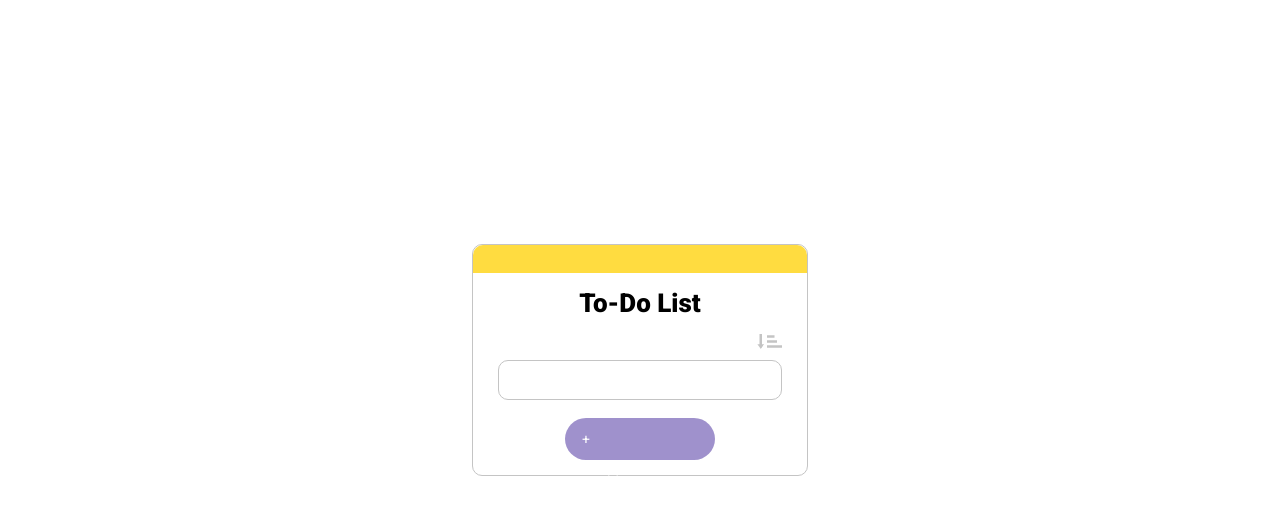
Repository: PoladEziz/Task-15
Page: index.html
These files come from the project's save history. The page is drawn as it stood at one moment and after a run of saves; the edit follows.
The browser window is 1280 px wide. The pictures show the whole page.
The style sheet was rebuilt from its Sass, Less or Tailwind sources for each picture, by a compiler version that may differ from the author's.

Above is the page before, as saved 2023-08-10 15:42:30.

### index.html
<!DOCTYPE html>
<html lang="en">
<head>
    <meta charset="UTF-8">
    <meta name="viewport" content="width=device-width, initial-scale=1.0">
    <title>Document</title>
    <link rel="stylesheet" href="./index.css">
</head>
<body>
    <div class="main">
        <div class="box">
            <div class="box-top"></div>
            <div class="box-bottom">
                <h1>To-Do List</h1>
                <form action="">
                    <img src="./img/Group 38 (1).png" alt="">
                    <input type="text">
                    <button><div>+</div><p>Добавить</p></button>

                </form>

            </div>
        </div>
    </div>

</body>
<script src="./index.js"></script>
</html>

### index.scss
@import url("https://fonts.googleapis.com/css2?family=Roboto:wght@400;900&display=swap");
* {
  margin: 0;
  padding: 0;
  box-sizing: border-box;
}
.main {
  width: 100%;
  height: 100vh;
  display: flex;
  align-items: center;
  justify-content: center;
  .box {
    width: 336px;
    /* min-height: 236px; */
    border-radius: 10px;
    border: 1px solid #c4c4c4;
    background: rgba(196, 196, 196, 0);
    .box-top {
      width: 100%;
      height: 28px;
      background-color: #ffdc40;
      border-top-left-radius: 10px;
      border-top-right-radius: 10px;
    }
    .box-bottom {
      width: 100%;
      padding: 15px 25px;

      h1 {
        margin-bottom: 16px;
        color: #000;
        text-align: center;
        font-family: Roboto;
        font-size: 26px;
        font-style: normal;
        font-weight: 900;
        line-height: normal;
        text-transform: capitalize;
      }
      form{
        display: flex;
        flex-direction: column;
        align-items: center;
        img {
          width: 25px;
          height: 15px;
          margin-left: auto;
          margin-bottom: 11px;
        }
        input {
          width: 100%;
          height: 40px;
          margin-bottom: 18px;
          border-radius: 10px;
          border: 1px solid #c4c4c4;
          background: rgba(196, 196, 196, 0);
          color: #000;
          font-family: Roboto;
          font-size: 14px;
          font-style: normal;
          font-weight: 400;
          line-height: normal;
        }
        button {
          width: 150px;
          height: 42px;
          background-color: #9f91cc;
          border: none;
          border-radius: 71px;
          p {
            color: #fff;
            text-align: center;
            font-family: Roboto;
            font-size: 14px;
            font-style: normal;
            font-weight: 400;
            line-height: normal;
          }
          div {
            width: 42px;
            height: 42px;
            border-radius: 50%;
            display: flex;
            align-items: center;
            justify-content: center;
            color: #fff;
            text-align: center;
            font-family: Roboto;
            font-size: 14px;
            font-style: normal;
            font-weight: 400;
            line-height: normal;
          }
        }
      }

    }
  }
}

Loaded but not shown: index.js (no stored copy; drawn as an empty file)

After the next 2 saves:
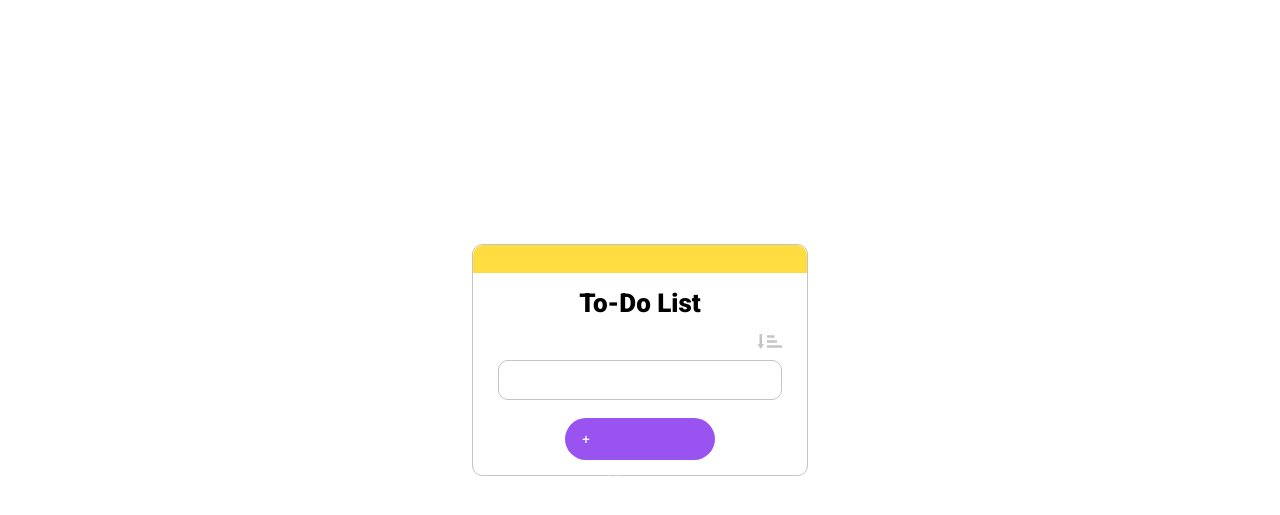
The 2 saves are shown as one change because they came seconds apart.
The last was saved 32 s later.
--- a/index.scss
+++ b/index.scss
@@ -65,7 +65,7 @@
         button {
           width: 150px;
           height: 42px;
-          background-color: #9f91cc;
+          background-color: #9953f1;
           border: none;
           border-radius: 71px;
           p {
